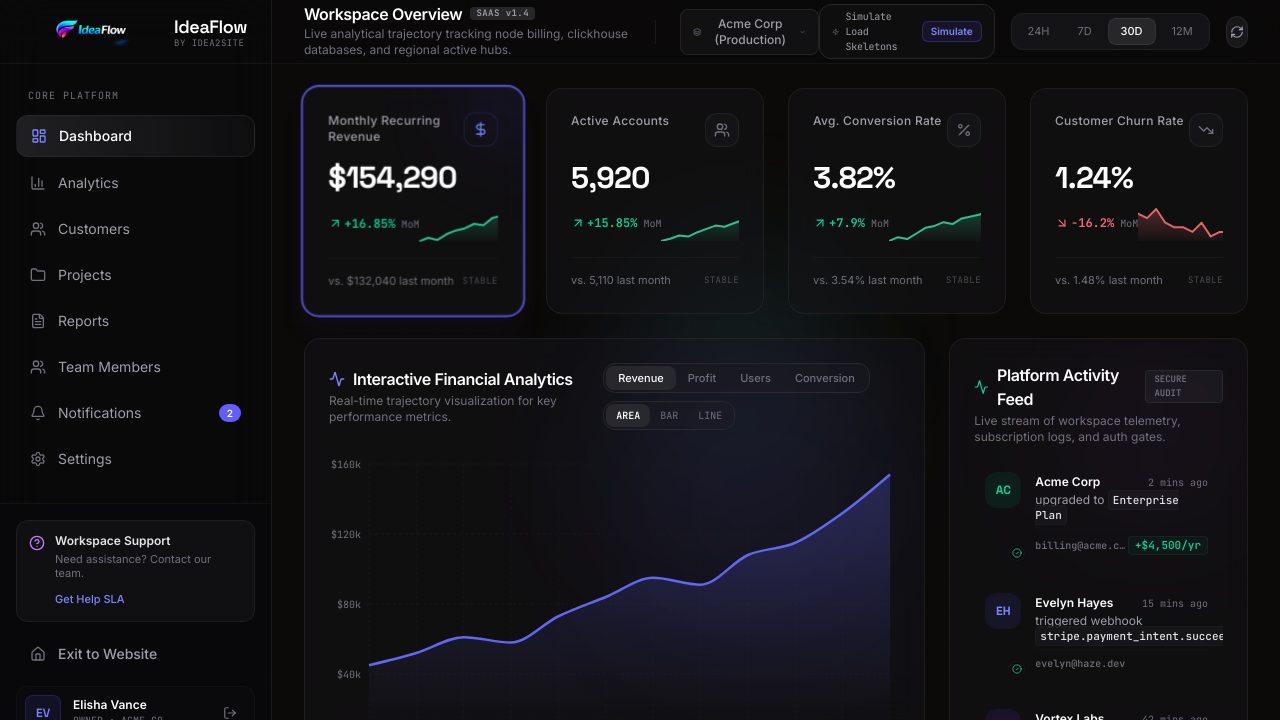
Repository: nanisam07/IdeaFlow
Page: /, after clicking the first element matching `div.group`
An editor plug-in stored every save of this project. The page is shown before and after the next save, followed by the edit.
The browser window is 1280 px wide. The pictures show the whole page.
An inner scrolling area shows only its first screen. The project was rebuilt for these pictures with package versions that can differ from the ones it lists, and the page was loaded fresh each time. Also part of the build but not shown: vite.config.ts, src/pages/LoginPage.tsx, src/pages/AnalyticsPage.tsx, src/pages/CustomersPage.tsx, src/pages/ProjectsPage.tsx, src/pages/ReportsPage.tsx, src/pages/TeamPage.tsx, src/pages/NotificationsPage.tsx and 2 more.

Above is the page before, as saved 2026-06-05 10:36:17.

### index.html
<!doctype html>
<html lang="en">
  <head>
    <meta charset="UTF-8" />

    <link rel="icon" type="image/png" href="/logo/favicon.png" />

    <meta name="viewport" content="width=device-width, initial-scale=1.0" />

    <title>IdeaFlow - Turn Data Into Decisions</title>
  </head>

  <body>
    <div id="root"></div>
    <script type="module" src="/src/main.tsx"></script>
  </body>
</html>

### src/main.tsx
import {StrictMode} from 'react';
import {createRoot} from 'react-dom/client';
import App from './App.tsx';
import './index.css';

createRoot(document.getElementById('root')!).render(
  <StrictMode>
    <App />
  </StrictMode>,
);

### src/index.css
@import url('https://fonts.googleapis.com/css2?family=Inter:wght@300;400;500;600;700&family=JetBrains+Mono:wght@400;500;600&family=Space+Grotesk:wght@400;500;600;700&display=swap');
@import "tailwindcss";

@theme {
  --font-sans: "Inter", ui-sans-serif, system-ui, sans-serif;
  --font-display: "Space Grotesk", sans-serif;
  --font-mono: "JetBrains Mono", ui-monospace, SFMono-Regular, monospace;
}

/* Custom premium transitions & animations */
@layer utilities {
  .glass-card {
    background: rgba(24, 24, 27, 0.45);
    backdrop-filter: blur(12px);
    -webkit-backdrop-filter: blur(12px);
    border: 1px solid rgba(255, 255, 255, 0.06);
  }

  .glass-card-light {
    background: rgba(255, 255, 255, 0.45);
    backdrop-filter: blur(12px);
    -webkit-backdrop-filter: blur(12px);
    border: 1px solid rgba(0, 0, 0, 0.05);
  }

  .glass-card-hover {
    transition: all 0.3s cubic-bezier(0.16, 1, 0.3, 1);
  }

  .glass-card-hover:hover {
    transform: translateY(-2px);
    box-shadow: 0 12px 30px rgba(0, 0, 0, 0.25);
    border-color: rgba(255, 255, 255, 0.12);
    background: rgba(24, 24, 27, 0.6);
  }

  /* Thin sleek scrollbars */
  ::-webkit-scrollbar {
    width: 6px;
    height: 6px;
  }

  ::-webkit-scrollbar-track {
    background: transparent;
  }

  ::-webkit-scrollbar-thumb {
    background: rgba(255, 255, 255, 0.15);
    border-radius: 9999px;
  }

  ::-webkit-scrollbar-thumb:hover {
    background: rgba(255, 255, 255, 0.25);
  }
}

body {
  font-family: var(--font-sans);
  background-color: #0c0a09; /* Deep Warm Stone Gray / Pitch Black */
  color: #f5f5f4;
  overflow-x: hidden;
}

/* Smooth custom glow highlights */
.glow-spot {
  position: absolute;
  width: 400px;
  height: 400px;
  border-radius: 9999px;
  background: radial-gradient(circle, rgba(99, 102, 241, 0.12) 0%, rgba(99, 102, 241, 0) 70%);
  filter: blur(40px);
  pointer-events: none;
  z-index: 0;
}

.glow-spot-indigo {
  background: radial-gradient(circle, rgba(129, 140, 248, 0.1) 0%, rgba(129, 140, 248, 0) 65%);
}

.glow-spot-emerald {
  background: radial-gradient(circle, rgba(52, 211, 153, 0.08) 0%, rgba(52, 211, 153, 0) 65%);
}

.clip-path-grid {
  background-image:
    linear-gradient(rgba(255, 255, 255, 0.03) 1px, transparent 1px),
    linear-gradient(90deg, rgba(255, 255, 255, 0.03) 1px, transparent 1px);
  background-size: 32px 32px;
}

### src/components/Sidebar.tsx
import React from 'react';
import {
  LayoutDashboard,
  BarChart3,
  Users,
  Folder,
  FileText,
  Bell,
  Settings,
  LogOut,
  Home,
  HelpCircle,
  TrendingUp,
} from 'lucide-react';

interface SIDEBAR_PROPS {
  activeTab: string;
  setActiveTab: (tab: string) => void;
  onExit: () => void;
  unreadCount: number;
}

export default function Sidebar({ activeTab, setActiveTab, onExit, unreadCount }: SIDEBAR_PROPS) {
  const menuItems = [
    { id: 'dashboard', label: 'Dashboard', icon: LayoutDashboard },
    { id: 'analytics', label: 'Analytics', icon: BarChart3 },
    { id: 'customers', label: 'Customers', icon: Users },
    { id: 'projects', label: 'Projects', icon: Folder },
    { id: 'reports', label: 'Reports', icon: FileText },
    { id: 'team', label: 'Team Members', icon: PersonnelIcon }, // fall back helper
    { id: 'notifications', label: 'Notifications', icon: Bell, count: unreadCount },
    { id: 'settings', label: 'Settings', icon: Settings },
  ];

  // Map personnel icon safely
  function PersonnelIcon(props: any) {
    return (
      <svg
        xmlns="http://www.w3.org/2000/svg"
        viewBox="0 0 24 24"
        fill="none"
        stroke="currentColor"
        strokeWidth="2"
        strokeLinecap="round"
        strokeLinejoin="round"
        {...props}
      >
        <path d="M16 21v-2a4 4 0 0 0-4-4H6a4 4 0 0 0-4 4v2" />
        <circle cx="9" cy="7" r="4" />
        <path d="M22 21v-2a4 4 0 0 0-3-3.87" />
        <path d="M16 3.13a4 4 0 0 1 0 7.75" />
      </svg>
    );
  }

  return (
    <aside className="w-68 h-full bg-zinc-950/80 border-r border-zinc-800/60 flex flex-col justify-between backdrop-blur-xl relative z-20">
      {/* Top Section */}
      <div>
        {/* Brand/Logo Header */}
        <div className="h-16 flex items-center px-6 border-b border-zinc-800/40">
          <div className="flex items-center space-x-3">
            {/* Elegant futuristic hexagon brand icon */}
            <div className="flex items-center gap-4">
  <img
    src="/logo/ideaflow-logo.png"
    alt="IdeaFlow"
    className="h-40 w-auto object-contain"
  />
</div>
            <div>
              <span className="font-display font-semibold text-white tracking-tight text-lg">IdeaFlow</span>
              <span className="block text-[9px] text-zinc-500 -mt-1 font-mono tracking-wider">BY IDEA2SITE</span>
            </div>
          </div>
        </div>

        {/* Navigation Tabs */}
        <div className="py-6 px-4 space-y-1.5 select-none">
          <p className="px-3 text-[10px] font-mono tracking-widest text-zinc-500 uppercase mb-3">Core Platform</p>
          {menuItems.map((item) => {
            const Icon = item.icon;
            const isActive = activeTab === item.id;
            return (
              <button
                key={item.id}
                id={`sidebar-item-${item.id}`}
                onClick={() => setActiveTab(item.id)}
                className={`w-full flex items-center justify-between px-3.5 py-2.5 rounded-xl transition-all duration-200 text-sm group ${
                  isActive
                    ? 'bg-gradient-to-r from-zinc-800/80 to-zinc-900/40 text-white font-medium shadow-inner border border-zinc-700/30'
                    : 'text-zinc-400 hover:text-white hover:bg-zinc-900/50'
                }`}
              >
                <div className="flex items-center space-x-3">
                  <Icon
                    className={`w-4 h-4 transition-transform duration-300 group-hover:scale-105 ${
                      isActive ? 'text-indigo-400' : 'text-zinc-500 group-hover:text-zinc-300'
                    }`}
                  />
                  <span>{item.label}</span>
                </div>
                {item.count && item.count > 0 ? (
                  <span className="bg-indigo-500 text-white text-[10px] font-semibold px-2 py-0.5 rounded-full filter saturate-110">
                    {item.count}
                  </span>
                ) : null}
              </button>
            );
          })}
        </div>
      </div>

      {/* Bottom Section */}
      <div className="p-4 border-t border-zinc-800/40 space-y-3 bg-zinc-950/40">
        {/* Support Card */}
        <div className="bg-zinc-900/60 border border-zinc-800/60 rounded-xl p-3">
          <div className="flex items-start space-x-2.5">
            <HelpCircle className="w-4 h-4 text-purple-400 shrink-0 mt-0.5" />
            <div className="space-y-1">
              <span className="text-xs font-semibold text-zinc-200 block">Workspace Support</span>
              <span className="text-[11px] text-zinc-500 block leading-tight">Need assistance? Contact our team.</span>
              <a
                href="#support"
                className="text-[11px] text-indigo-400 hover:text-indigo-300 inline-block font-medium hover:underline mt-1"
              >
                Get Help SLA
              </a>
            </div>
          </div>
        </div>

        {/* Navigation Action Helpers */}
        <button
          onClick={onExit}
          className="w-full flex items-center space-x-3 px-3.5 py-2.5 rounded-xl text-zinc-400 hover:text-rose-400 hover:bg-rose-500/5 transition-all text-sm font-medium group"
        >
          <Home className="w-4 h-4 text-zinc-500 group-hover:text-rose-400/80 transition-colors" />
          <span>Exit to Website</span>
        </button>

        {/* User Card */}
        <div className="flex items-center space-x-3 p-2 bg-zinc-900/20 border border-zinc-800/30 rounded-xl">
          <div className="w-9 h-9 rounded-lg bg-indigo-500/10 border border-indigo-500/20 text-indigo-400 flex items-center justify-center font-display font-semibold text-xs select-none">
            EV
          </div>
          <div className="flex-1 overflow-hidden select-none">
            <span className="text-xs font-semibold text-white block truncate">Elisha Vance</span>
            <span className="text-[10px] text-zinc-500 block truncate font-mono">OWNER • ACME CO</span>
          </div>
          <button
            onClick={onExit}
            title="Sign Out"
            className="w-8 h-8 rounded-lg flex items-center justify-center text-zinc-500 hover:text-white hover:bg-zinc-800/50 transition-colors"
          >
            <LogOut className="w-3.5 h-3.5" />
          </button>
        </div>
      </div>
    </aside>
  );
}

### src/components/KPICards.tsx
import React from 'react';
import {
  DollarSign,
  Users,
  Percent,
  TrendingDown,
  ArrowUpRight,
  ArrowDownRight,
} from 'lucide-react';
import { KPI_CARD_DATA } from '../types';

interface KPI_CARDS_PROPS {
  kpis: KPI_CARD_DATA[];
  onSelectKpi: (id: string) => void;
  selectedKpi: string;
}

export default function KPICards({ kpis, onSelectKpi, selectedKpi }: KPI_CARDS_PROPS) {
  // Map strings to Lucide Icons safely
  const iconMap: { [key: string]: any } = {
    DollarSign,
    Users,
    Percent,
    TrendingDown,
  };

  // Generate minimalist sparkline points safely
  function getSparklinePoints(data: number[], width: number, height: number): string {
    const min = Math.min(...data);
    const max = Math.max(...data);
    const range = max - min || 1;

    return data
      .map((val, idx) => {
        const x = (idx / (data.length - 1)) * width;
        const y = height - ((val - min) / range) * (height * 0.8) - height * 0.1;
        return `${x.toFixed(1)},${y.toFixed(1)}`;
      })
      .join(' ');
  }

  return (
    <div className="grid grid-cols-1 sm:grid-cols-2 lg:grid-cols-4 gap-6 select-none">
      {kpis.map((kpi) => {
        const Icon = iconMap[kpi.icon] || DollarSign;
        const isSelected = selectedKpi === kpi.id;
        const isPositive = kpi.change > 0;
        const width = 100;
        const height = 40;
        const points = getSparklinePoints(kpi.sparkline, width, height);
        const strokeColor = isPositive ? '#34d399' : '#f87171'; // emerald or rose hexes
        const fillGradientId = `gradient-${kpi.id}`;

        return (
          <div
            key={kpi.id}
            id={`kpi-card-${kpi.id}`}
            onClick={() => onSelectKpi(kpi.id)}
            className={`glass-card p-6 rounded-2xl border transition-all duration-300 relative overflow-hidden flex flex-col justify-between cursor-pointer ${
              isSelected
                ? 'ring-2 ring-indigo-500/80 border-indigo-500/40 bg-zinc-900/80 scale-[1.01] shadow-xl shadow-indigo-950/20'
                : 'border-zinc-800/40 hover:border-zinc-700/60 hover:bg-zinc-900/50'
            }`}
          >
            {/* Ambient Background Gradient Spot for Selected Card */}
            {isSelected && (
              <div className="absolute -right-12 -top-12 w-28 h-28 bg-indigo-600/10 rounded-full blur-2xl pointer-events-none" />
            )}

            {/* Top Row: Title & Action Block */}
            <div className="flex justify-between items-start">
              <div>
                <p className="text-xs font-medium text-zinc-400 font-sans tracking-wide">
                  {kpi.title}
                </p>
              </div>
              <div className={`p-2 rounded-xl border ${
                isSelected
                  ? 'bg-zinc-850 border-indigo-500/20 text-indigo-400'
                  : 'bg-zinc-900/60 border-zinc-800/80 text-zinc-500'
              }`}>
                <Icon className="w-4 h-4" />
              </div>
            </div>

            {/* Stat Row */}
            <div className="mt-4">
              <h3 className="text-3xl font-display font-bold text-white tracking-tight leading-none">
                {kpi.value}
              </h3>

              {/* Sparkline & Trend indicators */}
              <div className="flex items-center justify-between mt-3">
                <div className="flex items-center space-x-1.5 font-mono">
                  <span className={`text-xs font-semibold flex items-center ${
                    isPositive ? 'text-emerald-400' : 'text-rose-400'
                  }`}>
                    {isPositive ? (
                      <ArrowUpRight className="w-3.5 h-3.5 mr-0.5 shrink-0" />
                    ) : (
                      <ArrowDownRight className="w-3.5 h-3.5 mr-0.5 shrink-0" />
                    )}
                    {isPositive ? '+' : ''}
                    {kpi.change}%
                  </span>
                  <span className="text-[10px] text-zinc-500">MoM</span>
                </div>

                {/* Minimalist Vector SVG Sparkline (No Heavy Library overhead for sparkline widgets) */}
                <div className="w-[100px] h-[36px] overflow-hidden opacity-90">
                  <svg width={width} height={height} className="overflow-visible">
                    <defs>
                      <linearGradient id={fillGradientId} x1="0" y1="0" x2="0" y2="1">
                        <stop offset="0%" stopColor={strokeColor} stopOpacity="0.3" />
                        <stop offset="100%" stopColor={strokeColor} stopOpacity="0" />
                      </linearGradient>
                    </defs>
                    {/* Shaded Area */}
                    <path
                      d={`M 0,${height} L ${points} L ${width},${height} Z`}
                      fill={`url(#${fillGradientId})`}
                      stroke="none"
                    />
                    {/* Sparkline stroke */}
                    <polyline
                      fill="none"
                      stroke={strokeColor}
                      strokeWidth="2"
                      strokeLinecap="round"
                      strokeLinejoin="round"
                      points={points}
                    />
                  </svg>
                </div>
              </div>
            </div>

            {/* Subtext description footer */}
            <div className="mt-4 pt-3.5 border-t border-zinc-800/40 flex items-center justify-between text-[11px] text-zinc-500">
              <span className="truncate">{kpi.subtext}</span>
              <span className="text-[9px] font-mono tracking-wider opacity-60">STABLE</span>
            </div>
          </div>
        );
      })}
    </div>
  );
}

### src/components/RecentActivity.tsx
import React from 'react';
import { RECENT_ACTIVITIES } from '../data';
import { Activity, CheckCircle2, XCircle, AlertCircle, RefreshCw } from 'lucide-react';

export default function RecentActivity() {
  return (
    <div className="glass-card p-6 rounded-2xl border border-zinc-800/45 relative overflow-hidden flex flex-col justify-between h-full">
      {/* Background glow shadow spot */}
      <div className="absolute top-0 right-0 w-48 h-48 bg-purple-500/5 rounded-full blur-3xl pointer-events-none" />

      {/* Widget Header */}
      <div>
        <div className="flex items-center justify-between">
          <div className="flex items-center space-x-2">
            <Activity className="w-4 h-4 text-emerald-400" />
            <h3 className="text-base font-semibold text-white tracking-tight">
              Platform Activity Feed
            </h3>
          </div>
          <span className="px-2 py-0.5 rounded text-[9px] font-mono font-bold bg-zinc-900 border border-zinc-800 text-zinc-500">
            SECURE AUDIT
          </span>
        </div>
        <p className="text-xs text-zinc-500 mt-0.5">
          Live stream of workspace telemetry, subscription logs, and auth gates.
        </p>
      </div>

      {/* Activity List Container */}
      <div className="mt-4 space-y-3.5 h-88 overflow-y-auto pr-1">
        {RECENT_ACTIVITIES.map((act) => {
          return (
            <div
              key={act.id}
              className="group flex gap-3.5 p-2.5 rounded-xl border border-transparent hover:border-zinc-800/60 hover:bg-zinc-900/30 transition-all duration-200"
            >
              {/* User Avatar Roundel OR Initials */}
              <div className="relative shrink-0">
                <div className={`w-9 h-9 rounded-xl flex items-center justify-center font-display font-bold text-xs shadow-inner uppercase select-none ${act.user.color}`}>
                  {act.user.initials}
                </div>
                {/* Micro operational status dot */}
                <span className="absolute -bottom-1 -right-1 flex h-4 w-4 rounded-full bg-zinc-950 items-center justify-center border border-zinc-900 shadow">
                  {act.status === 'success' ? (
                    <CheckCircle2 className="w-2.5 h-2.5 text-emerald-400" />
                  ) : act.status === 'failed' ? (
                    <XCircle className="w-2.5 h-2.5 text-rose-400" />
                  ) : (
                    <AlertCircle className="w-2.5 h-2.5 text-amber-400" />
                  )}
                </span>
              </div>

              {/* Activity description */}
              <div className="flex-1 min-w-0 py-0.5">
                <div className="flex items-baseline justify-between gap-2">
                  <span className="text-xs font-semibold text-white truncate hover:underline cursor-pointer block">
                    {act.user.name}
                  </span>
                  <span className="text-[10px] font-mono text-zinc-500 shrink-0">
                    {act.time}
                  </span>
                </div>

                <p className="text-xs text-zinc-400 mt-0.5 font-sans leading-tight">
                  {act.action}{' '}
                  <span className="text-zinc-200 font-medium font-mono text-[11px] bg-zinc-900/80 px-1 py-0.5 rounded border border-zinc-800/40">
                    {act.target}
                  </span>
                </p>

                {/* Email detail and metrics subline if amount exists */}
                <div className="flex items-center justify-between mt-1.5 pt-1.5 border-t border-zinc-900/40 text-[10px] text-zinc-500">
                  <span className="truncate font-mono font-medium">{act.user.email}</span>
                  {act.amount && (
                    <span className="font-semibold text-emerald-400 font-mono text-[11px] bg-emerald-500/5 px-1.5 py-0.2 rounded border border-emerald-500/10">
                      {act.amount}
                    </span>
                  )}
                </div>
              </div>
            </div>
          );
        })}
      </div>

      {/* Footer loading ticker */}
      <div className="mt-4 pt-3.5 border-t border-zinc-805/40 flex items-center justify-between text-[11px] text-zinc-500">
        <span className="flex items-center space-x-1 font-mono">
          <RefreshCw className="w-2.5 h-2.5 text-zinc-600 animate-spin mr-1" />
          <span>LISTENING ON SOCKET: 3000</span>
        </span>
        <span className="hover:underline cursor-pointer text-indigo-400 font-semibold font-sans">
          Audit Ledger &rarr;
        </span>
      </div>
    </div>
  );
}

Loaded but not shown: src/pages/LandingPage.tsx (462 lines, source omitted); src/data.ts (501 lines, source omitted); src/App.tsx (317 lines, source omitted); src/components/RevenueChart.tsx (274 lines, source omitted); src/components/WorldMapWidget.tsx (178 lines, source omitted); src/components/TopBar.tsx (155 lines, source omitted)

After the next save:
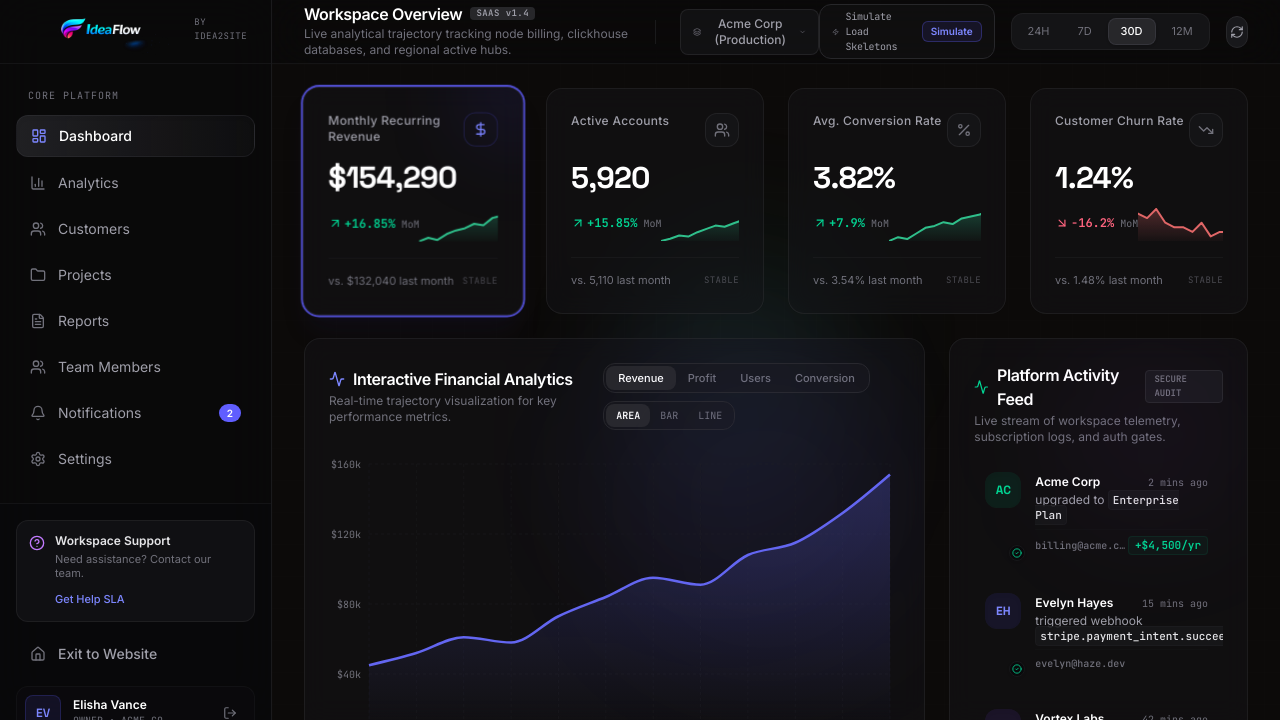
Saved 13 s later.
--- a/src/components/Sidebar.tsx
+++ b/src/components/Sidebar.tsx
@@ -69,7 +69,7 @@
   />
 </div>
             <div>
-              <span className="font-display font-semibold text-white tracking-tight text-lg">IdeaFlow</span>
+
               <span className="block text-[9px] text-zinc-500 -mt-1 font-mono tracking-wider">BY IDEA2SITE</span>
             </div>
           </div>
